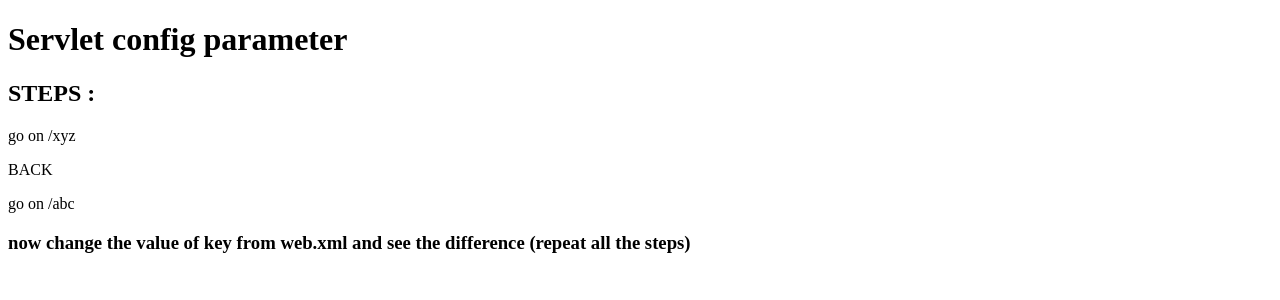
Repository: suraj-repositories/java-practice-2-advance-java-1
Page: Ad_13_servlet_configParameter_use/src/main/webapp/index.html
These files come from the project's save history. The page is drawn as it stood at one moment and after the next save; the edit follows.
The browser window is 1280 px wide. The pictures show the whole page.

Above is the page before, as saved 2023-07-22 13:14:34.

After the next save:
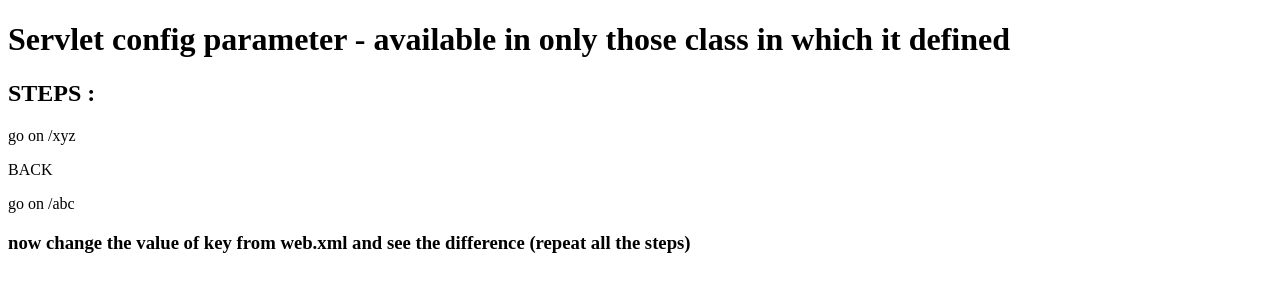
Saved 47 s later.
--- a/Ad_13_servlet_configParameter_use/src/main/webapp/index.html
+++ b/Ad_13_servlet_configParameter_use/src/main/webapp/index.html
@@ -6,7 +6,7 @@
 </head>
 <body>
 
-<h1>Servlet config parameter </h1>
+<h1>Servlet config parameter -  available in only those class in which it defined </h1>
 <h2>STEPS :</h2>
 
 <p> go on /xyz</p>
